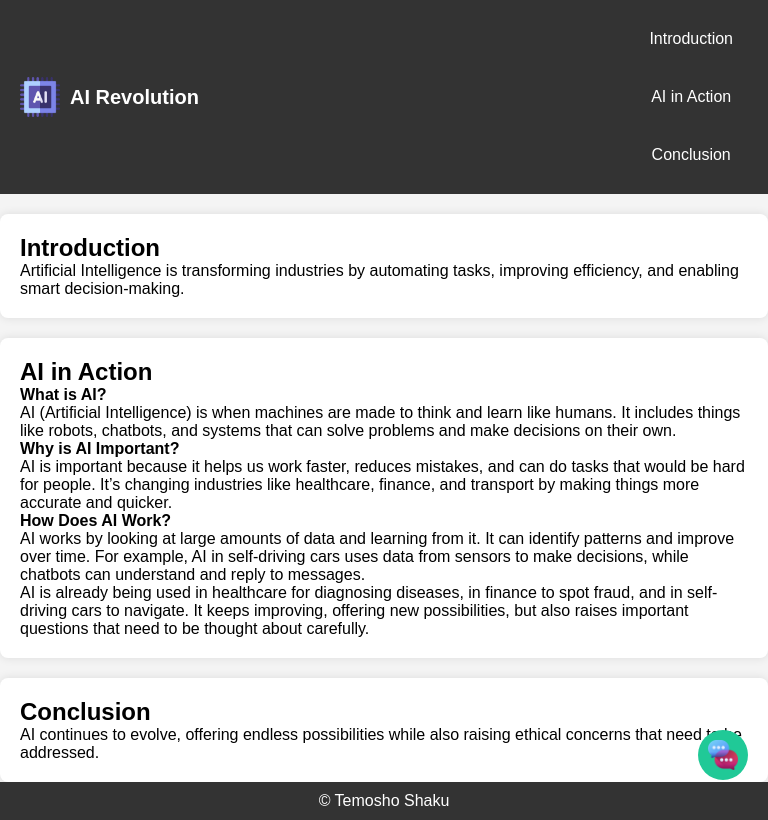
Repository: TemoshoS/ai
Page: index.html
The author's editor kept a copy of each file at every save. The page is drawn from the files as they stood at one save, then again after a run of saves.
The browser window is 768 px wide. The pictures show the whole page.

Above is the page before, as saved 2025-02-17 10:44:46.

After the next 3 saves:
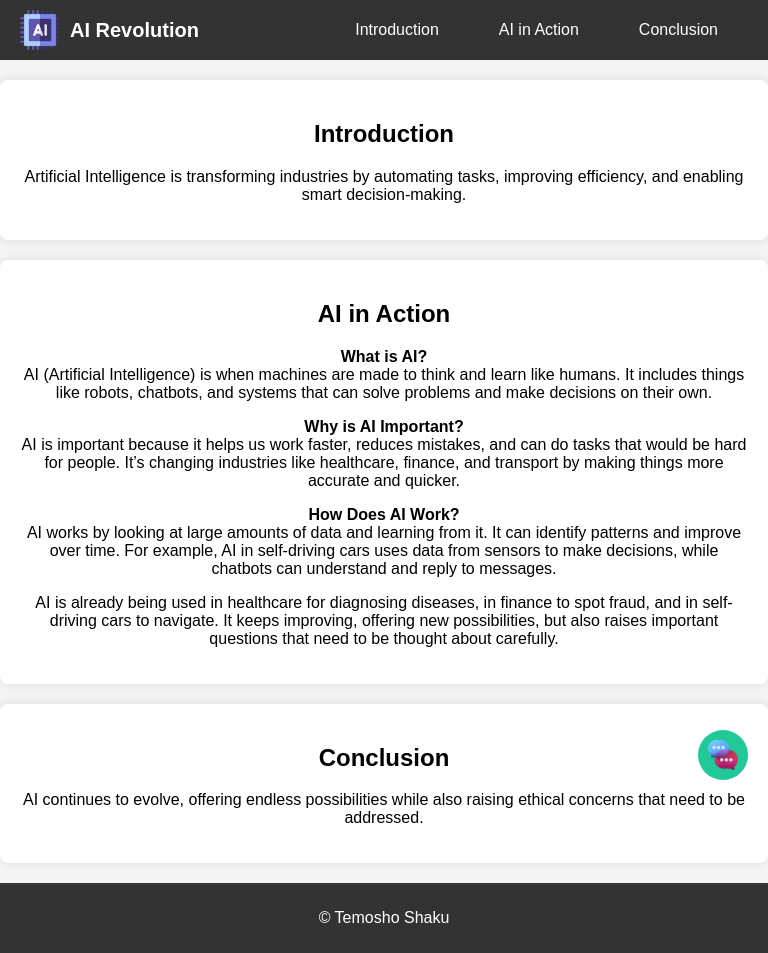
The 3 saves are shown as one change because they came seconds apart.
The last was saved 12 s later.
--- a/styles.css
+++ b/styles.css
@@ -1,16 +1,9 @@
-/* GLOBAL STYLES */
-* {
+body {
+    font-family: Arial, sans-serif;
     margin: 0;
     padding: 0;
-    box-sizing: border-box;
-}
-
-body {
-    font-family: Arial, sans-serif;
-    display: flex;
-    flex-direction: column;
-    min-height: 100vh; /* Ensures the body takes up full height */
     background-color: #f4f4f4;
+    text-align: center;
 }
 
 /* NAVIGATION BAR */
@@ -76,53 +69,7 @@ section {
     margin-top: 20px;
     border-radius: 8px;
     box-shadow: 0px 0px 10px rgba(0, 0, 0, 0.1);
-    flex-grow: 1; /* Ensures sections take remaining space */
 }
-.slider-container {
-    position: relative;
-    max-width: 800px;
-    margin: auto;
-    overflow: hidden;
-    background: white;
-    padding: 20px;
-    border-radius: 8px;
-    box-shadow: 0px 0px 10px rgba(0, 0, 0, 0.1);
-}
-
-.slide {
-    display: none;
-    text-align: center;
-    padding: 20px;
-}
-
-.slide.active {
-    display: block;
-}
-
-button {
-    position: absolute;
-    top: 50%;
-    transform: translateY(-50%);
-    background-color: #20C997;
-    color: white;
-    border: none;
-    padding: 10px 20px;
-    cursor: pointer;
-    font-size: 16px;
-}
-
-#prevBtn {
-    left: 10px;
-}
-
-#nextBtn {
-    right: 10px;
-}
-
-button:hover {
-    background-color: #17a589;
-}
-
 
 /* AI CHAT */
 input {
@@ -153,7 +100,6 @@ button:hover {
     color: #333;
     margin-top: 15px;
 }
-
 /* Chat Icon */
 #chatIcon {
     position: fixed;
@@ -228,33 +174,11 @@ button:hover {
     border-radius: 5px;
 }
 
+
 /* FOOTER */
 footer {
+    margin-top: 20px;
     background-color: #333;
     color: white;
     padding: 10px;
-    text-align: center;
-    margin-top: auto; /* Ensures the footer is at the bottom */
 }
-
-/* Responsive Styles */
-@media screen and (max-width: 768px) {
-    .nav-links {
-        flex-direction: column;
-        align-items: center;
-    }
-
-    .nav-links li {
-        margin: 10px 0;
-    }
-
-    #chatBox {
-        width: 80%;
-        right: 10px;
-        bottom: 70px;
-    }
-
-    #chatInput {
-        width: 70%;
-    }
-}
